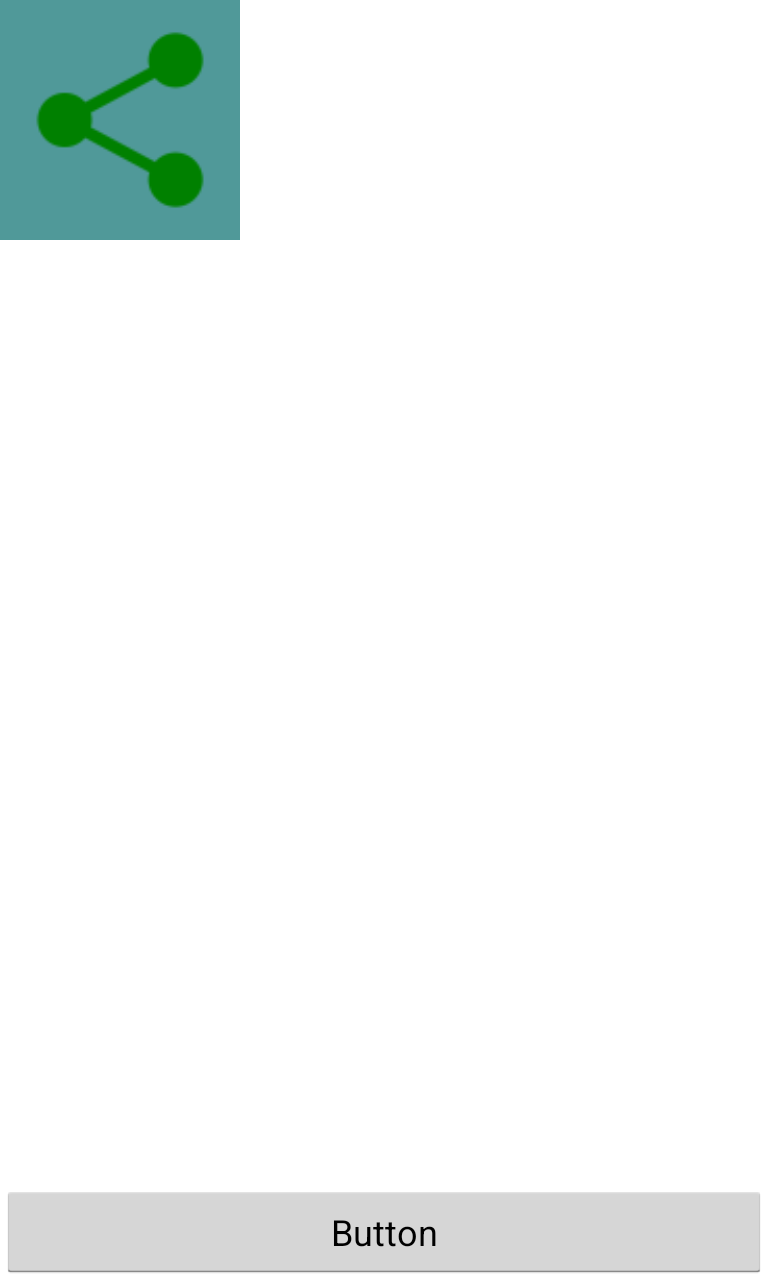
Repository: kakusio/AndoidMedics
Layout: NfcAndroidCliente/res/layout/remove_medic_details.xml
An editor plug-in stored every save of this project. The layout is shown before and after the next save, followed by the edit.
It is drawn on a 768 x 1280 px phone screen (xhdpi) without system bars, with theme AppTheme; the app's code is not run.

Above is the layout before, as saved 2013-03-29 20:04:05.

After the next save:
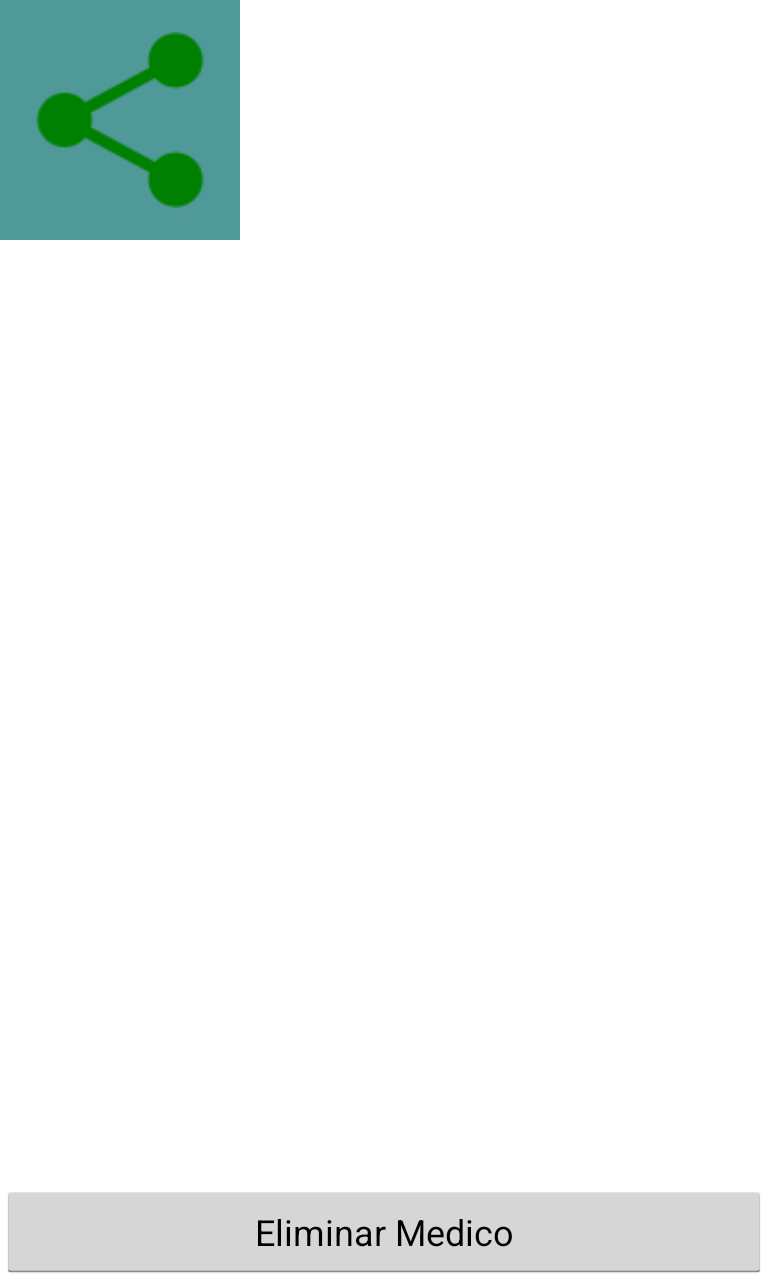
Saved 34 s later.
--- a/NfcAndroidCliente/res/layout/remove_medic_details.xml
+++ b/NfcAndroidCliente/res/layout/remove_medic_details.xml
@@ -42,12 +42,12 @@
     </FrameLayout>
 
     <Button
-        android:id="@+id/button1"
+        android:id="@+id/remove_medic"
         android:layout_width="wrap_content"
         android:layout_height="wrap_content"
         android:layout_alignParentBottom="true"
         android:layout_alignParentLeft="true"
         android:layout_alignParentRight="true"
-        android:text="Button" />
+        android:text="Eliminar Medico" />
 
 </RelativeLayout>
